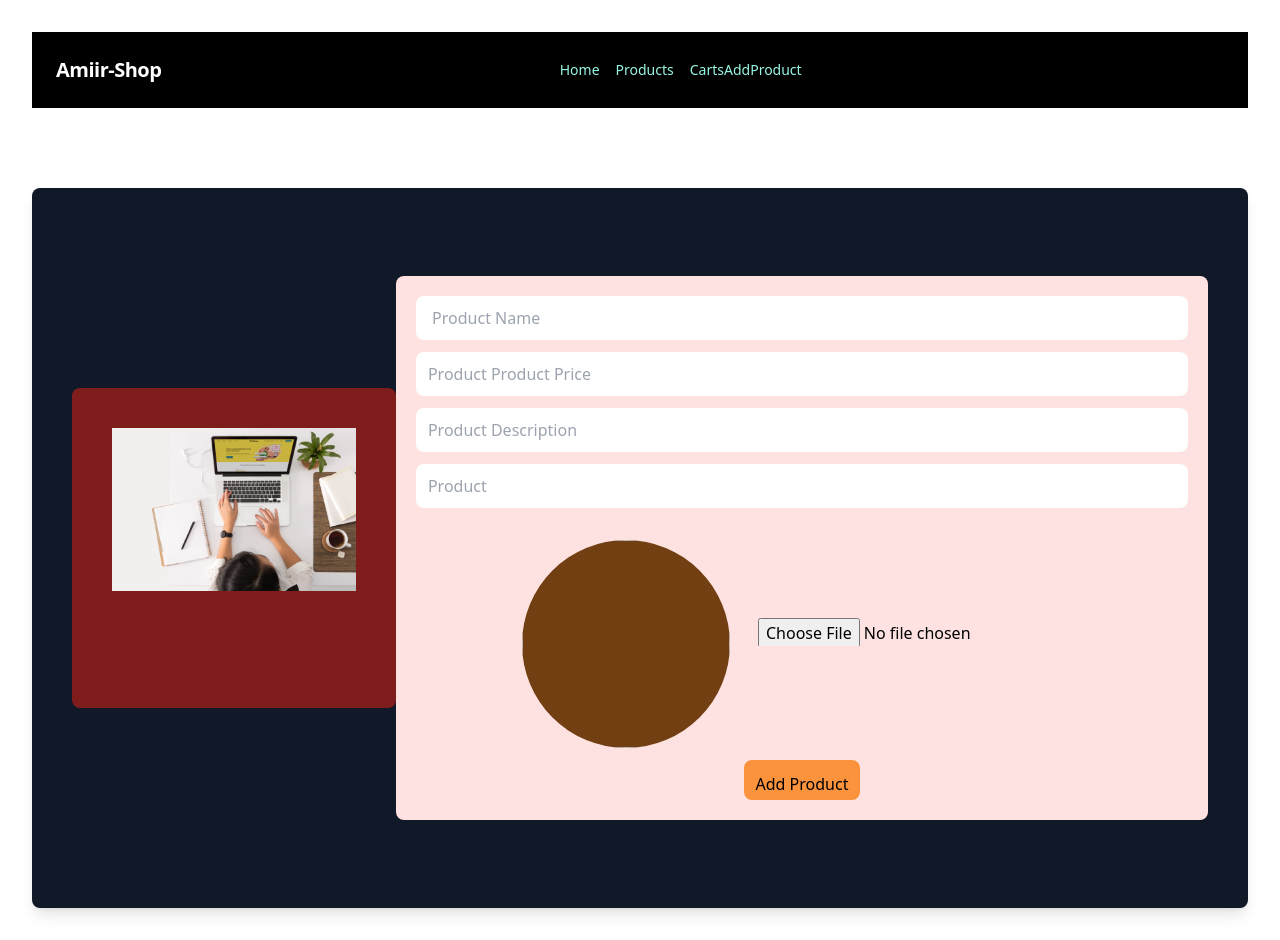
Repository: ENG-AMIIR-MUSE/ECommerce-app-using-react
Page: /addProducts
An editor plug-in stored every save of this project. The page is shown before and after a run of saves, followed by the edit.
The browser window is 1280 px wide. The pictures show the whole page.
The page's requests for data from a server got no answer. The project was rebuilt for these pictures with package versions that can differ from the ones it lists, and the page was loaded fresh each time. No one was signed in, and anything a server would have sent is missing. Also part of the build but not shown: vite.config.js, src/Components/productList.js, src/Components/productCard.js.

Above is the page before, as saved 2023-06-24 20:56:35.

### src/main.jsx
import React from 'react'
import ReactDOM from 'react-dom/client'
import App from './App.jsx'
import './index.css'

import { BrowserRouter }  from 'react-router-dom'



ReactDOM.createRoot(document.getElementById('root')).render(
  <React.StrictMode>
    <BrowserRouter>
    <App />
    </BrowserRouter>

  </React.StrictMode>,

)

### src/App.jsx
import { useEffect } from 'react'
import { useState } from 'react'
import axios from 'axios'
import ProductList from './Components/ProductList'
import ProductCard from './Components/ProductCard'

import './App.css'

import {NavBar} from './Components/NavBar'
import {  Routes,Route } from 'react-router-dom'

import AddProduct from './Components/AddProduct'

function App() {
const [products,setProducts] =  useState([])

useEffect(()=>{
  axios.get('https://fakestoreapi.com/products')
  .then((response)=>{
    // console.log(response)
   setProducts(response.data)
  }).catch((er)=>{
    console.log(er.response)
  })

})

  return (
    <>

    {/* {console.log(products)} */}
    <NavBar/>

    {/* <ProductCard/> */}
    <Routes>
    <Route path="/"/>
    <Route path="/products" element={<ProductList products ={products}/>}/>

    <Route path="/products/:id" element={<ProductCard products = {products}/>}/>
  <Route path="/addProducts/" element={<AddProduct/>}/>
  </Routes>
    </>


  )


}

export default App

### src/Components/NavBar.jsx
import React from 'react'
import {Link } from 'react-router-dom'
 export function NavBar() {
  return (
    <>
    <nav className=" items-center justify-between flex-wrap bg-black p-6 mb-20 h-auto p-5">
  <div className="flex items-center flex-shrink-0 text-white mr-6">

    <span className="font-semibold text-xl tracking-tight">Amiir-Shop</span>


  <div className="w-full block flex-grow lg:flex lg:items-center lg:w-auto">
    <div className="text-sm lg:flex-grow">
      <Link to="/" className="block mt-4 lg:inline-block lg:mt-0 text-teal-200 hover:text-white mr-4">
        Home
      </Link>
      <Link to="/products" className="block mt-4 lg:inline-block lg:mt-0 text-teal-200 hover:text-white mr-4">
        Products
      </Link>
      <Link to="/carts" className="block mt-4 lg:inline-block lg:mt-0 text-teal-200 hover:text-white">
        Carts
      </Link>
      <Link to="/addProducts" className="block mt-4 lg:inline-block lg:mt-0 text-teal-200 hover:text-white">
        AddProduct
      </Link>
    </div>

  </div>
  </div>
</nav>
    </>
  )

 }

### src/Components/AddProduct.jsx
import React from "react";
import reactsvg from '../assets/weImage.jpg'
import { useState } from "react";
const  AddProduct = ()=>{
  const [image,setImage]  = useState(null)

    return(

        <div  className="bg-gray-900 mt-0  p-10 mx-auto  text-black  min-h-screen flex flex-col lg:flex-row lg:max-w-full 2xl:max-w-full max-w-sm mx-auto justify-center items-center  shadow-lg rounded-lg  overflow-hidden">
          <div className="w-96 rounded-lg mx-auto  bg-red-900  m-5 h-80 p-10">
           <img src= {reactsvg}  alt="missing-product-image"/>
          </div>
          <div className="  m-10 rounded-lg bg-red-100 mx-auto mx-auto mx-auto">
          <form className="space-y-3 mx-auto p-5 ">

           <input type="text"placeholder=" Product Name" className="w-full rounded-lg h-11  pl-3"/>
          <input type="text"placeholder="Product Product Price" className="w-full rounded-lg h-11  pl-3"/>
          <input type="text"placeholder="Product Description" className="w-full rounded-lg h-11  pl-3"/>
           <input type="text" placeholder="Product"className="w-full rounded-lg h-11 pl-3 "/>
           <div className="flex felx-row  flex-wrap items-center justify-center space-x-4">
             <img src={image&&URL.createObjectURL(image)} alt={image} className="rounded-full w-52 h-52 mt-5  max-w-md  object-cover object-center bg-yellow-900" />
             <input type="file" className = "rounded-lg p-3 h-10 mb-4 " onChange={(event)=>{

              setImage(event.target.files[0])
             }}/>
           </div>
             <input type="submit" className = "rounded-lg bg-orange-400 p-3 h-10 "value="Add Product"/>
          </form>
          </div>
          {console.log(image)}
        </div>
    )
}
export default AddProduct;

Loaded but not shown: index.html (common file); src/index.css (common file); src/App.css (common file); tailwind.config.js (common file)

After the next 3 saves:
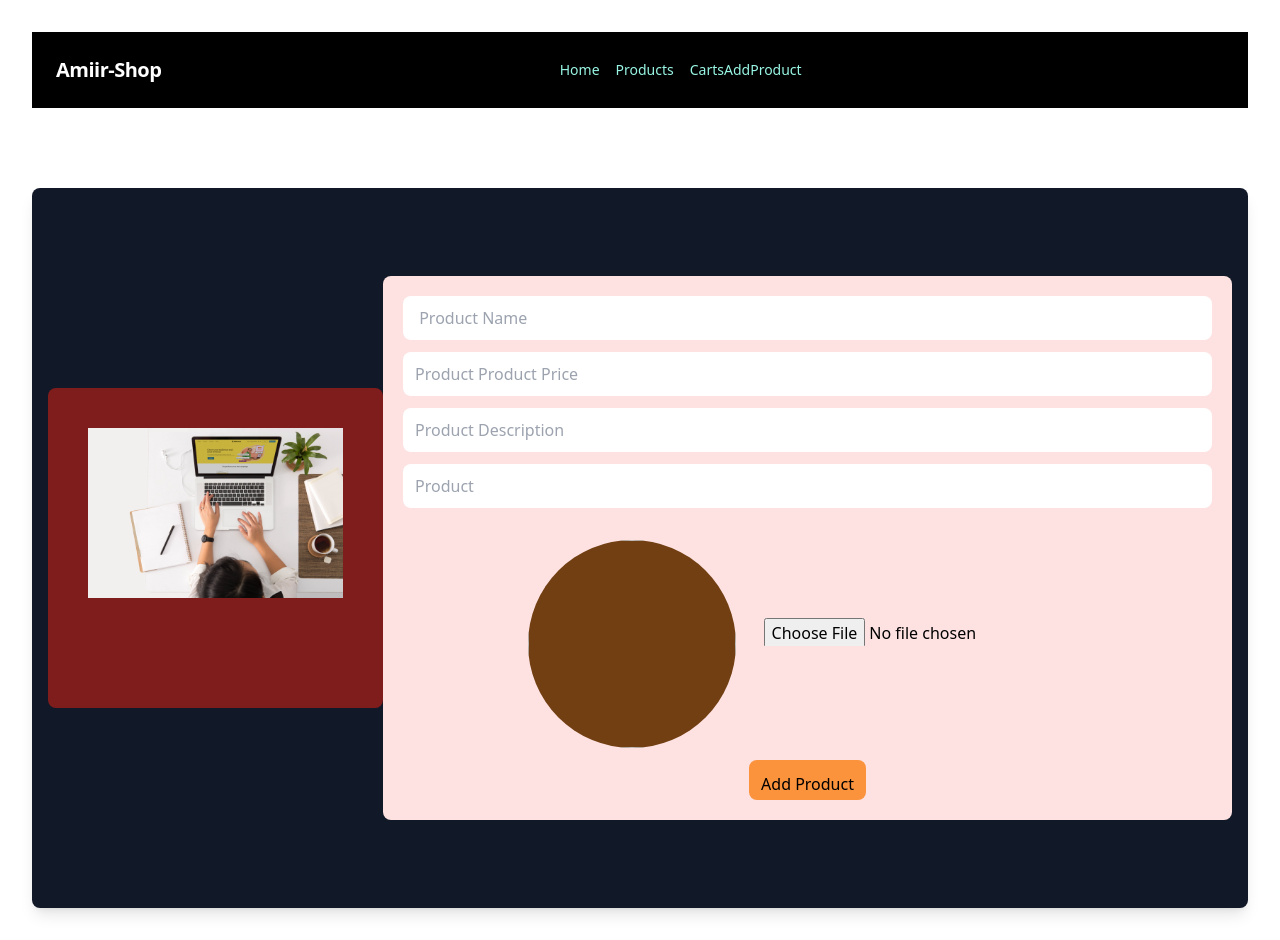
The 3 saves are shown as one change because they came seconds apart.
The last was saved 10 s later.
--- a/src/Components/AddProduct.jsx
+++ b/src/Components/AddProduct.jsx
@@ -6,7 +6,7 @@ const  AddProduct = ()=>{
 
     return(
 
-        <div  className="bg-gray-900 mt-0  p-10 mx-auto  text-black  min-h-screen flex flex-col lg:flex-row lg:max-w-full 2xl:max-w-full max-w-sm mx-auto justify-center items-center  shadow-lg rounded-lg  overflow-hidden">
+        <div  className="bg-gray-900 mt-0  p-4 text-black  min-h-screen flex flex-col lg:flex-row lg:max-w-full 2xl:max-w-full max-w-sm mx-auto justify-center items-center  shadow-lg rounded-lg  overflow-hidden">
           <div className="w-96 rounded-lg mx-auto  bg-red-900  m-5 h-80 p-10">
            <img src= {reactsvg}  alt="missing-product-image"/>
           </div>
